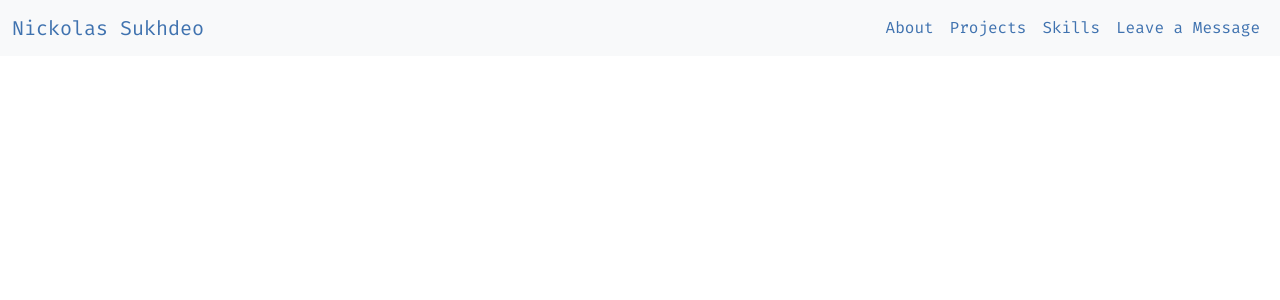
Repository: nlsukhde/porfolio
Page: index.html
An editor plug-in stored every save of this project. The page is shown before and after the next save, followed by the edit.
The browser window is 1280 px wide. The pictures show the whole page.

Above is the page before, as saved 2025-06-19 17:22:09.

### index.html
<!DOCTYPE html>
<html lang="en">
<head>
    <meta charset="UTF-8">
    <meta name="viewport" content="width=device-width, initial-scale=1.0">

    <!-- Google Fonts -->
    <link rel="preconnect" href="https://fonts.googleapis.com">
    <link rel="preconnect" href="https://fonts.gstatic.com" crossorigin>
    <link href="https://fonts.googleapis.com/css2?family=Fira+Code:wght@300..700&family=Raleway:ital,wght@0,100..900;1,100..900&family=Roboto+Condensed:ital,wght@0,100..900;1,100..900&display=swap" rel="stylesheet">

    <!-- Your CSS (must come after fonts) -->
    <link rel="stylesheet" href="app.css">

    <!-- Bootstrap CSS -->
    <link href="https://cdn.jsdelivr.net/npm/bootstrap@5.3.7/dist/css/bootstrap.min.css" rel="stylesheet" integrity="sha384-LN+7fdVzj6u52u30Kp6M/trliBMCMKTyK833zpbD+pXdCLuTusPj697FH4R/5mcr" crossorigin="anonymous">

    <title>Nickolas Sukhdeo Portfolio</title>
</head>

<body>
    <script src="https://cdn.jsdelivr.net/npm/bootstrap@5.3.7/dist/js/bootstrap.bundle.min.js" integrity="sha384-ndDqU0Gzau9qJ1lfW4pNLlhNTkCfHzAVBReH9diLvGRem5+R9g2FzA8ZGN954O5Q" crossorigin="anonymous"></script>

    <nav class="navbar navbar-expand-lg bg-body-tertiary">
  <div class="container-fluid">
    <a class="navbar-brand" href="#">Nickolas Sukhdeo</a>
    <button class="navbar-toggler" type="button" data-bs-toggle="collapse" data-bs-target="#navbarNav" aria-controls="navbarNav" aria-expanded="false" aria-label="Toggle navigation">
      <span class="navbar-toggler-icon"></span>
    </button>
    <div class="collapse navbar-collapse" id="navbarNav">
      <ul class="navbar-nav ms-auto">
        <li class="nav-item">
          <a class="nav-link active" aria-current="page" href="#">About</a>
        </li>
        <li class="nav-item">
          <a class="nav-link" href="#">Projects</a>
        </li>
        <li class="nav-item">
          <a class="nav-link" href="#">Skills</a>
        </li>
        <li class="nav-item">
          <a class="nav-link" >Leave a Message</a>
        </li>
      </ul>
    </div>
  </div>
</nav>
</body>
</html>

### app.css
:root {
  --color-bg: #F9F7F7;
  --color-accent: #DBE2EF;
  --color-text: #3F72AF;
  --color-bg-secondary: #112D4E;
}


body{
  background-color: var(--color-bg);
  color: var(--color-text);
  font-family: "Fira Code", monospace;
}

.navbar, .navbar-brand, .nav-link {
  font-family: "Fira Code", monospace !important;
  color: var(--color-text) !important;
}

.navbar {
  background-color: var(--color-bg-secondary) !important;
}

After the next save:
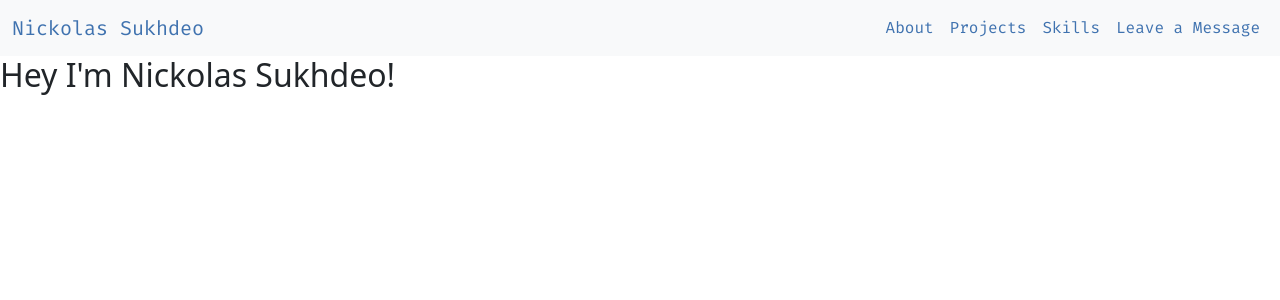
Saved 2 min 28 s later.
--- a/index.html
+++ b/index.html
@@ -45,5 +45,8 @@
     </div>
   </div>
 </nav>
+
+
+<h2>Hey I'm Nickolas Sukhdeo!</h2>
 </body>
 </html>
